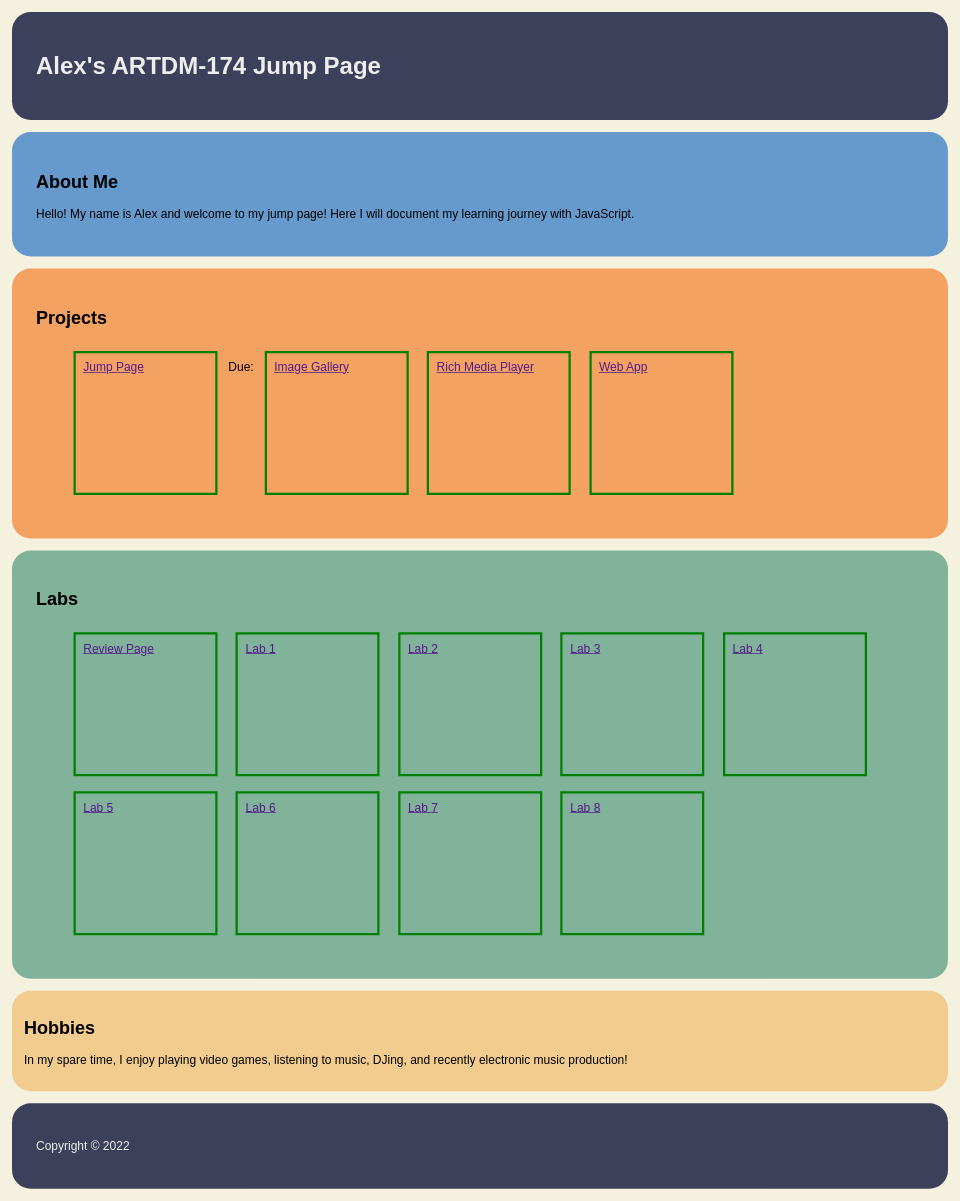
Repository: alexmaddux99/ARTDM-174
Page: CSS Animation/index.html
An editor plug-in stored every save of this project. The page is shown before and after the next save, followed by the edit.
The browser window is 1280 px wide. The pictures show the whole page, at 75% of full size.
Some web fonts or font styles are not loaded; a fallback is used.

Above is the page before, as saved 2022-02-10 13:25:08.

After the next save:
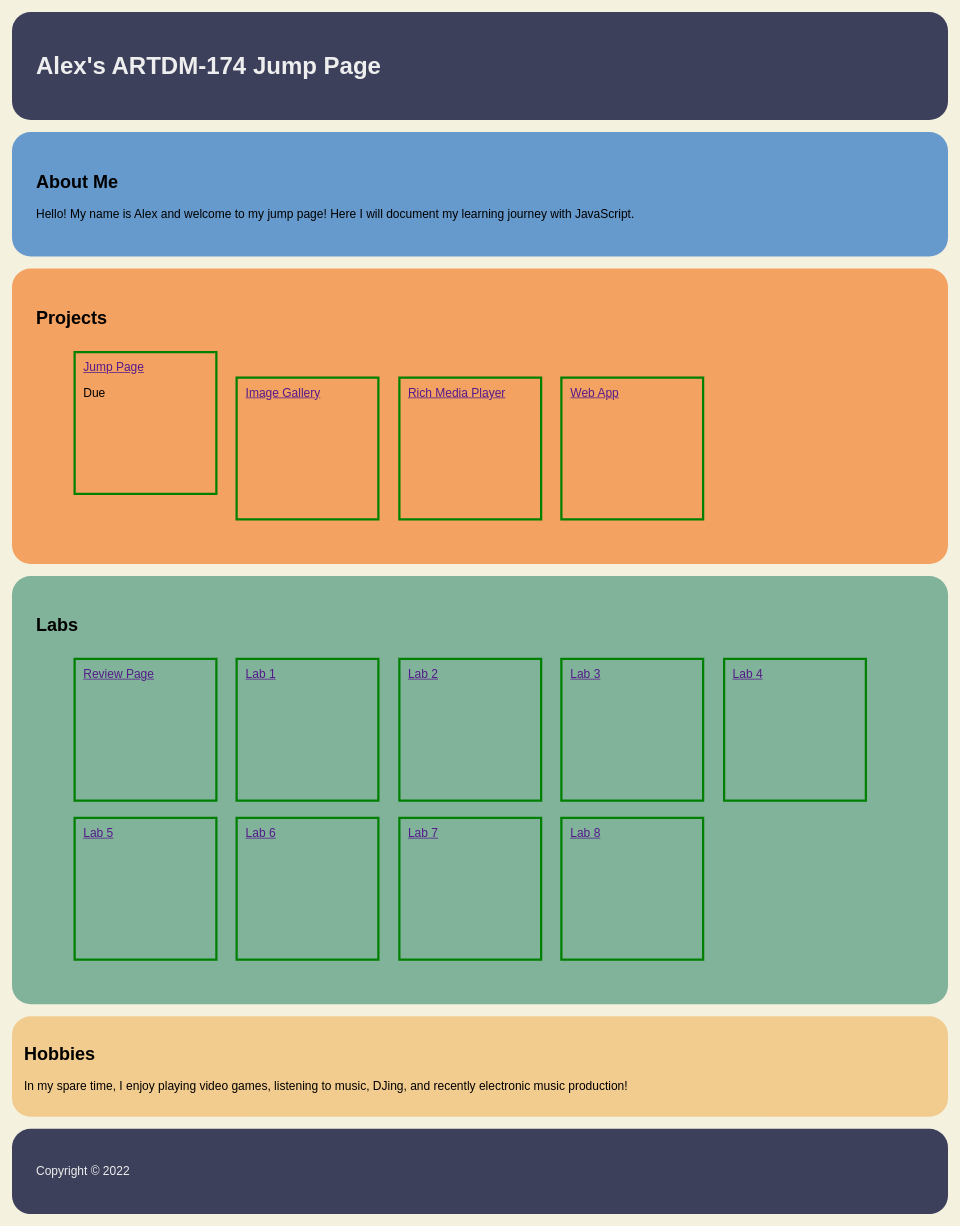
Saved 13 s later.
--- a/CSS Animation/index.html
+++ b/CSS Animation/index.html
@@ -26,8 +26,8 @@
         <section class="projects">
             <h2>Projects</h2>
             <ul>
-                <li><a href="">Jump Page</a></li>
-                Due:
+                <li><a href="">Jump Page</a>
+                <p>Due</p></li>
                 <li><a href="">Image Gallery</a></li>
                 <li><a href="">Rich Media Player</a></li>
                 <li><a href="">Web App</a></li>
